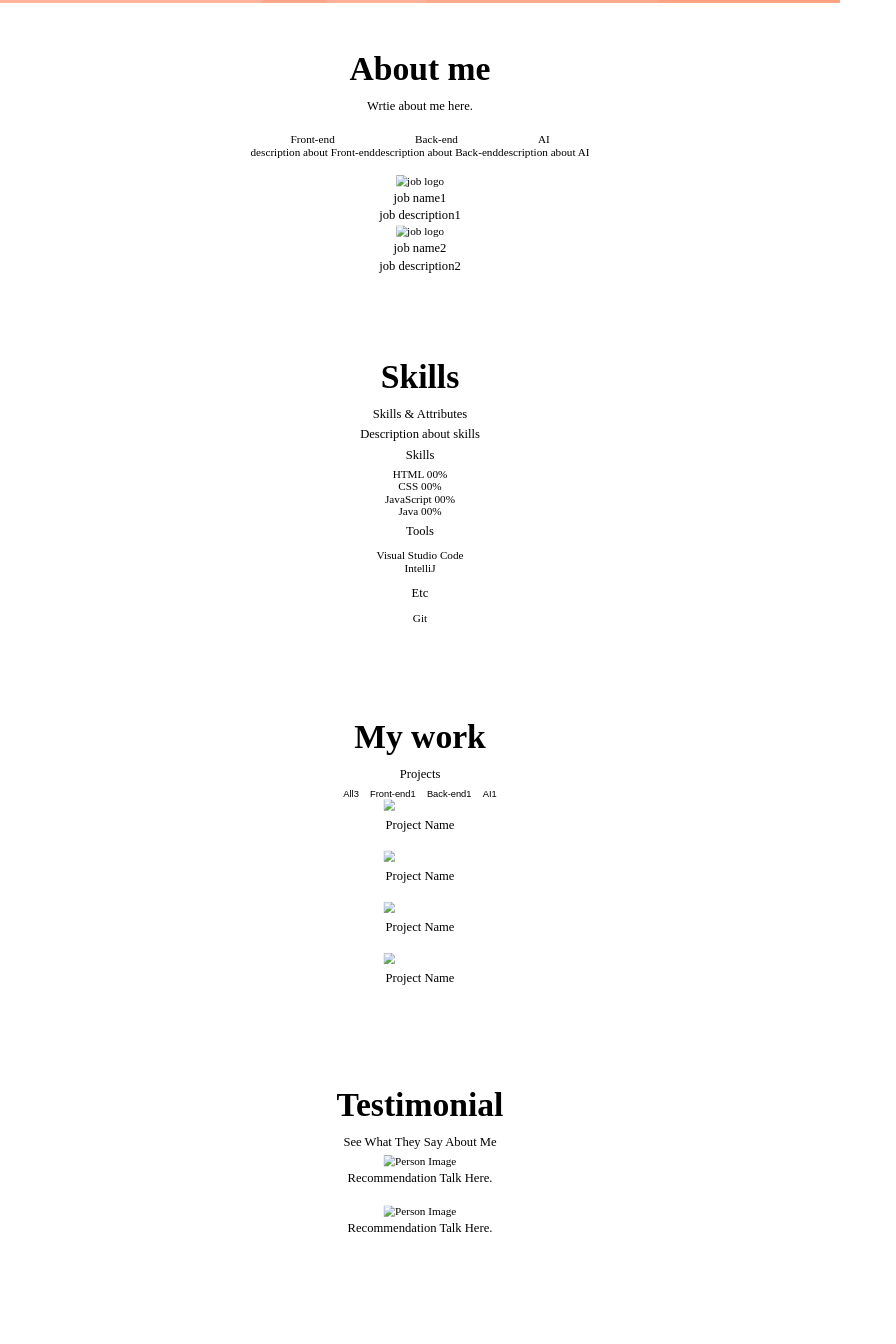
Repository: YEOMJINSEOP/yeomjinseop.github.io
Page: index.html
These files come from the project's save history. The page is drawn as it stood at one moment and after the next save; the edit follows.
The browser window is 1280 px wide. The pictures show the part of the page from y = 573 to 2493 px (the page is 2680 px tall before and 2608 px after), at 70% of full size.
Some web libraries are served in a nearby version.

Above is the page before, as saved 2022-08-14 13:04:25.

After the next save:
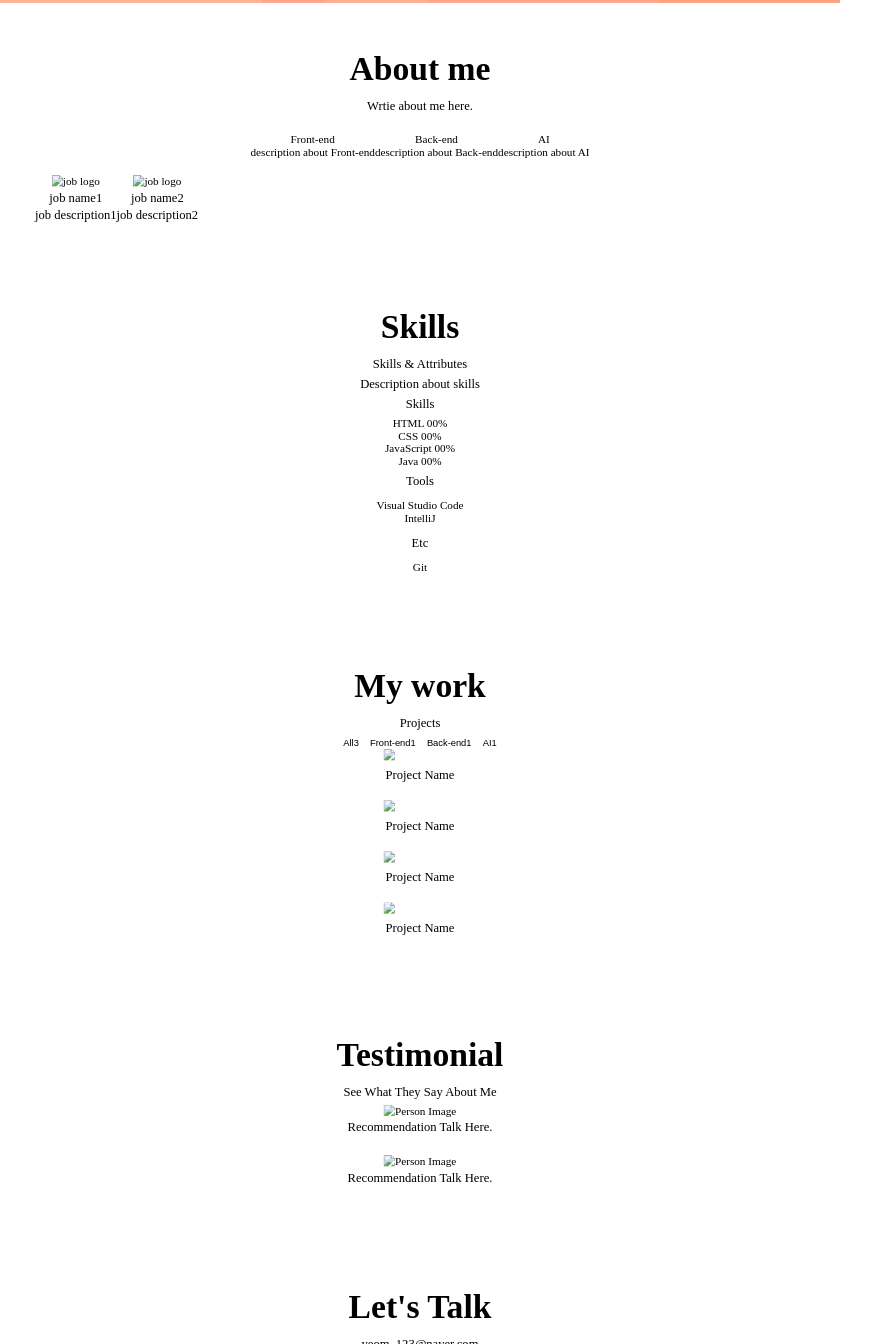
Saved 16 s later.
--- a/style.css
+++ b/style.css
@@ -181,3 +181,7 @@
   margin: auto;
   padding: 12px;
 }
+
+.about__jobs{
+  display: flex;
+}

After the 4 saves that followed:
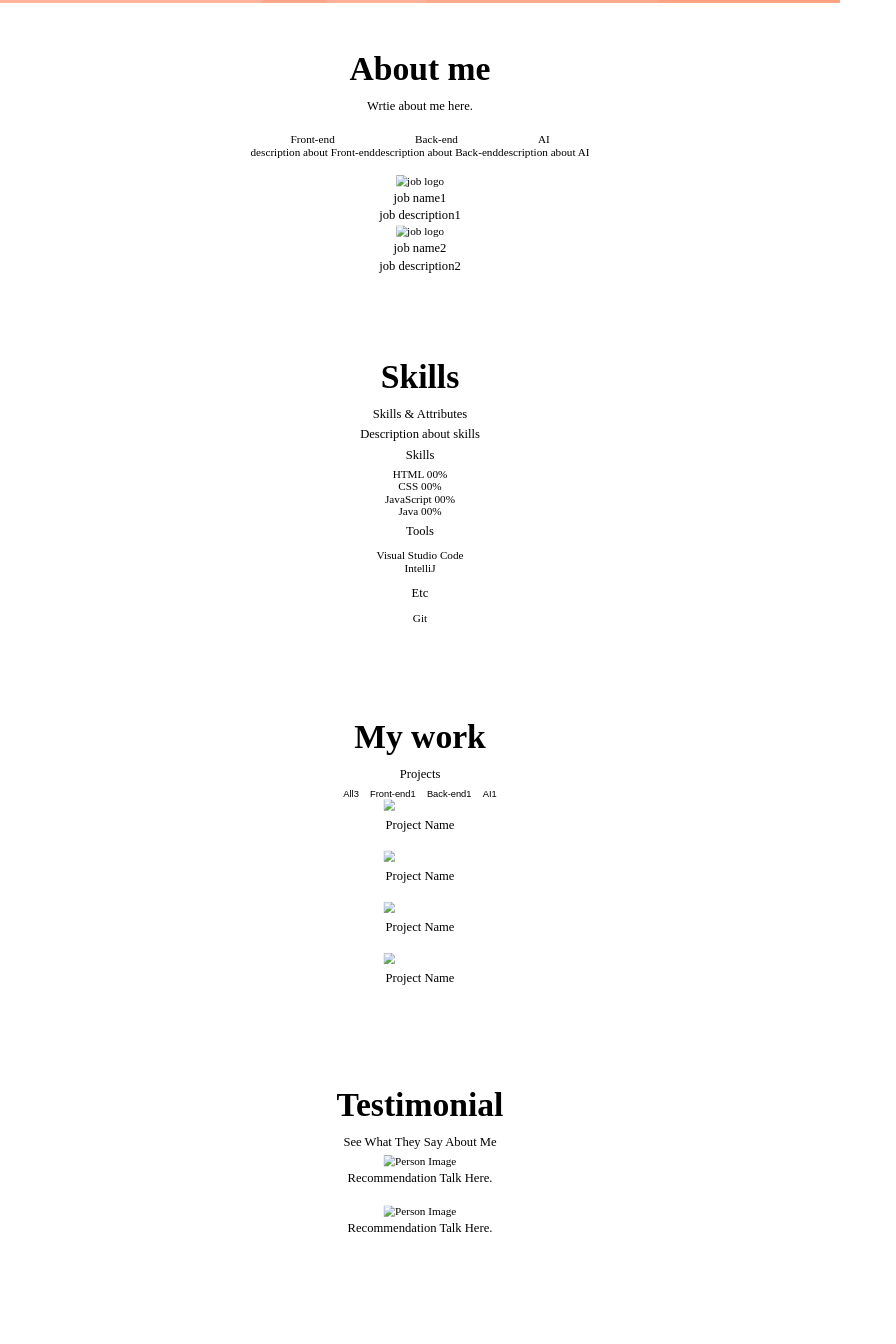
The 4 saves are shown as one change because 3 left the picture as it was.
The last was saved 72 s later.
--- a/style.css
+++ b/style.css
@@ -183,5 +183,4 @@
 }
 
 .about__jobs{
-  display: flex;
 }
